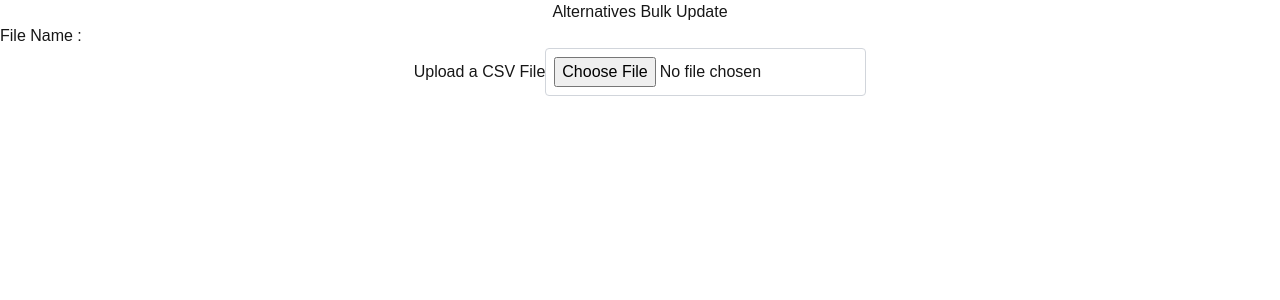
Repository: Ganesh-General-Traffic/Alternatives
Page: / (app in alternatives-bulk/)
The author's editor kept a copy of each file at every save. The page is drawn from the files as they stood at one save, then again after the next save.
The browser window is 1280 px wide. The pictures show the whole page.
The project was rebuilt for these pictures with package versions that can differ from the ones it lists, and the page was loaded fresh each time. The framework's server and built-in components were replaced by stand-ins that run in the browser. Also part of the build but not shown: alternatives-bulk/next.config.ts.

Above is the page before, as saved 2024-12-09 10:59:44.

### alternatives-bulk/app/page.tsx
export default function Home() {
  return (
    <>
      <p className="w-full text-center">Alternatives Bulk Update</p>
      <div className="max-w-max">File Name : </div>
      <div className="mx-auto max-w-max">
        <label htmlFor="csvFile">
          Upload a CSV File
          <input
            type="file"
            name="csvFile"
            id="csvFile"
            accept=".csv"
            className="border border-gray-300 rounded p-2"
          />
        </label>
      </div>
    </>
  );
}

Loaded but not shown: alternatives-bulk/app/layout.tsx (common file); alternatives-bulk/app/globals.css (common file); alternatives-bulk/tailwind.config.ts (common file)

After the next save:
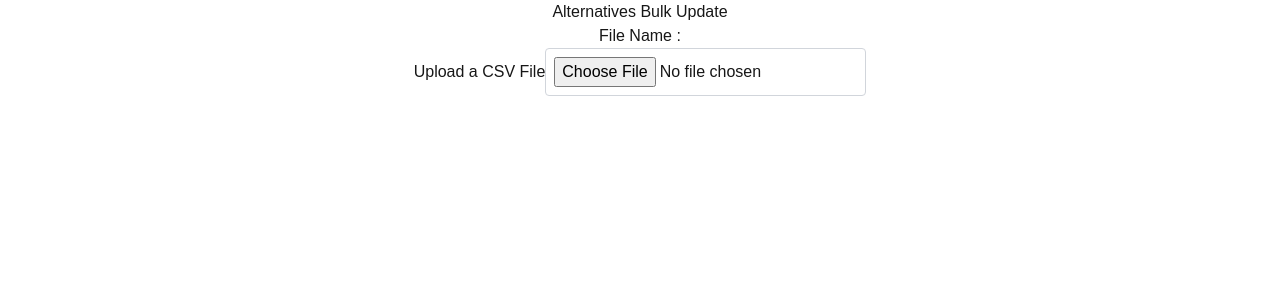
Saved 5 s later.
--- a/alternatives-bulk/app/page.tsx
+++ b/alternatives-bulk/app/page.tsx
@@ -2,7 +2,7 @@ export default function Home() {
   return (
     <>
       <p className="w-full text-center">Alternatives Bulk Update</p>
-      <div className="max-w-max">File Name : </div>
+      <div className="max-w-max mx-auto">File Name : </div>
       <div className="mx-auto max-w-max">
         <label htmlFor="csvFile">
           Upload a CSV File
